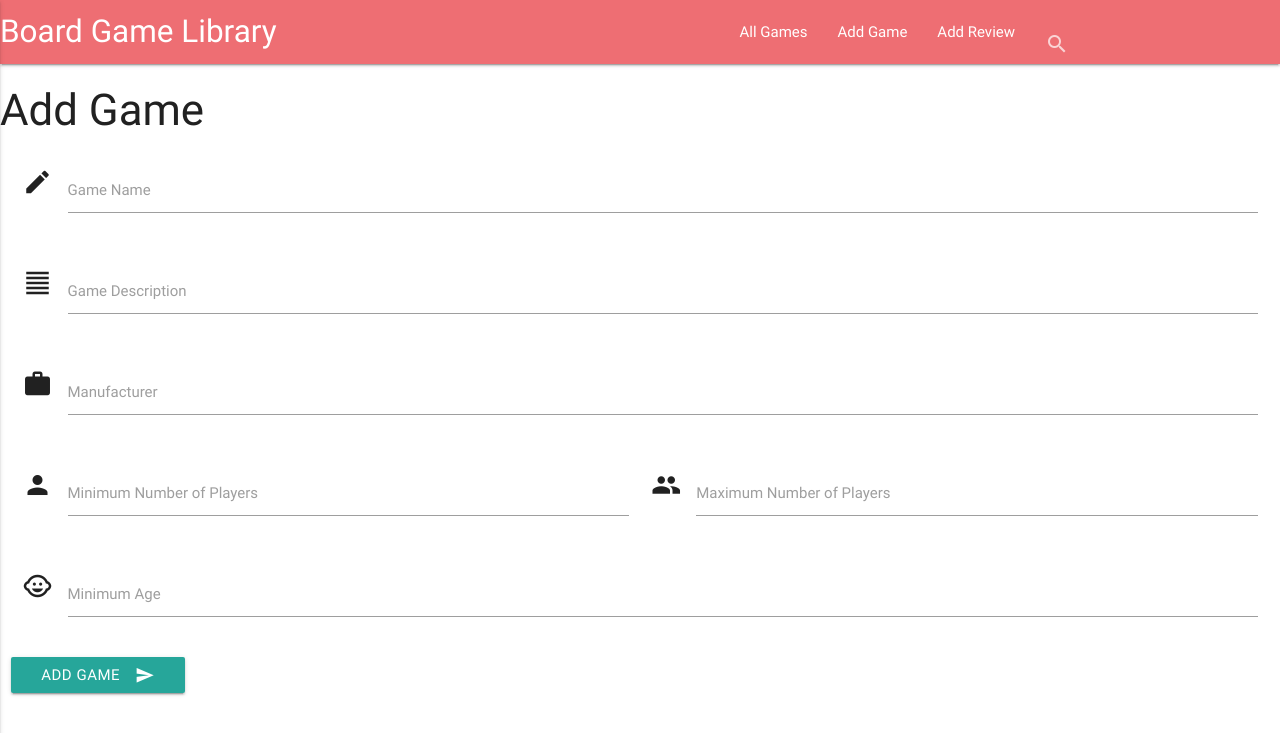
Repository: arcorco/dcd-milestone
Page: http://localhost/add_game
The author's editor kept a record of every edit. The page is drawn from the files as they stood at one moment, then again after the next edit.
The browser window is 1280 px wide. The pictures show the whole page.
Some web libraries are served in a nearby version. The page is served by the project's application, run on Flask 3 (app.py).

Above is the page before.
Console error: TypeError: Cannot set properties of null (setting 'onclick')

### templates/addgame.html
{% extends 'base.html'%} {% block content %}

<h3>Add Game</h3>
<div class="row">
  <form action="{{url_for('insert_game')}}" method="POST" class="col s12">
    <div class="row">
      <div class="input-field col s12">
        <i class="material-icons prefix">create</i>
        <input id="game_name" name="game_name" type="text" class="validate">
        <label for="game_name">Game Name</label>
      </div>
    </div>
    <div class="row">
      <div class="input-field col s12">
        <i class="material-icons prefix">format_align_justify</i>
        <input id="game_description" name="game_description" type="text" class="validate" data-length="120"/>
        <label for="game_description">Game Description</label>
      </div>
    </div>
    <div class="row">
      <div class="input-field col s12">
        <i class="material-icons prefix">work</i>
        <input id="manufacturer" name="manufacturer" type="text" class="validate">
        <label for="manufacturer">Manufacturer</label>
      </div>
    </div>
    <div class="row">
      <div class="input-field col s6">
        <i class="material-icons prefix">person</i>
        <input name="number_of_players_min" id="number_of_players_min" type="text" class="validate">
        <label for="number_of_players_min">Minimum Number of Players</label>
      </div>

      <div class="input-field col s6">
        <i class="material-icons prefix">group</i>
        <input id="number_of_players_max" name="number_of_players_max" type="text" class="validate">
        <label for="number_of_players_max">Maximum Number of Players</label>
      </div>
    </div>
    <div class="row">
      <div class="input-field col s12">
        <i class="material-icons prefix">child_care</i>
        <input id="age_range" name="age_range" type="text" class="validate">
        <label for="age_range">Minimum Age</label>
      </div>
    </div>
    <div class="row">
      <button class="btn waves-effect waves-light" type="submit">Add Game
    <i class="material-icons right">send</i>
  </button>
    </div>

  </form>
</div>

{% endblock %}

### templates/base.html
<!DOCTYPE html>
<html>

<head>
    <link href="https://fonts.googleapis.com/icon?family=Material+Icons" rel="stylesheet">
    <link rel="stylesheet" href="https://cdnjs.cloudflare.com/ajax/libs/materialize/0.100.2/css/materialize.min.css">
    <link rel="stylesheet" type="text/css" href="//cdn.jsdelivr.net/npm/slick-carousel@1.8.1/slick/slick.css" />
    <link rel="stylesheet" href="{{url_for('static', filename='css/style.css')}}" type="text/css" />
</head>

<body>
    <header>
        <nav>
            <div class="nav-wrapper">
                <a href="#" class="brand-logo">Board Game Library</a>
                <a href="#" data-activates="mobile-demo" class="button-collapse"><i class="material-icons">menu</i></a>
                <ul id="nav-mobile" class="right hide-on-med-and-down">
                    <li><a href="{{url_for('get_games')}}">All Games</a></li>
                    <li><a href="{{url_for('add_game')}}">Add Game</a></li>
                    <li><a href="{{url_for('add_review')}}">Add Review</a></li>
                    <li>
                        <form>
                            <div class="input-field">
                                <input id="search" type="search" required>
                                <label class="label-icon" for="search"><i class="material-icons">search</i></label>
                                <i class="material-icons">close</i>
                            </div>
                        </form>
                    </li>
                </ul>

                <ul class="side-nav" id="mobile-demo">
                    <li><a href="{{url_for('get_games')}}">All Games</a></li>
                    <li><a href="{{url_for('add_game')}}">Add Game</a></li>
                    <li><a href="{{url_for('add_review')}}">Add Review</a></li>
                </ul>
            </div>
        </nav>
    </header>
    {% block content %} {% endblock %}

    <script src="https://cdnjs.cloudflare.com/ajax/libs/jquery/3.2.1/jquery.min.js"></script>
    <script src="https://cdnjs.cloudflare.com/ajax/libs/materialize/0.100.2/js/materialize.min.js"></script>
    <script type="text/javascript" src="//cdn.jsdelivr.net/npm/slick-carousel@1.8.1/slick/slick.min.js"></script>
    <script type="text/javascript">
        $(document).ready(function() {
            $('.game-carousel').slick({});

            $('input#game_description').characterCounter();

            $('select').material_select();

            $('.button-collapse').sideNav();

            $('.materialboxed').materialbox();

            $('.tooltipped').tooltip();

            function rating_validation() {
                if (document.getElementById("rating").value == "") {
                    alert("Please select a rating out of 5");
                    return false;
                }
            }

            function game_name_validation() {
                if (document.getElementById("game_name").value == "") {
                    alert("Please select a game");
                    return false;
                }
            }

            document.getElementById("add-review").onclick = rating_validation;
            document.getElementById("add-review").onclick = game_name_validation;
            document.getElementById("edit-review").onclick = rating_validation;
            document.getElementById("edit-review").onclick = game_name_validation;

        });
    </script>
</body>

</html>

### app.py
import os
from flask import Flask, render_template, redirect, request, url_for
from flask_pymongo import PyMongo
from bson.objectid import ObjectId

app = Flask(__name__)

app.config["MONGO_DNAME"] = 'game_review'
app.config["MONGO_URI"] = 'mongodb+srv://first_user:WG9zKqgDwfDTHNa@myfirstcluster-74ub4.mongodb.net/game_review?retryWrites=true&w=majority'
#environment variable for username and password

mongo = PyMongo(app)

@app.route('/')

@app.route('/file/<filename>')
def file(filename):
    return mongo.send_file(filename)

@app.route('/get_games')
def get_games():
    return render_template('games.html', games=mongo.db.games.find())

@app.route('/add_game')
def add_game():
    return render_template('addgame.html')

@app.route('/insert_game', methods=['POST'])
def insert_game():
    if 'game_image' in request.files:
        game_image = request.files['game_image']
        mongo.save_file(game_image.filename, game_image)
    games = mongo.db.games
    new_game = request.form.to_dict()
    min_players = new_game.get("number_of_players_min")
    max_players = new_game.get("number_of_players_max")
    players = "%s-%s" % (min_players, max_players)
    new_game.update( {'number_of_players' : players} )
    new_game.update( {'game_image_name' : game_image.filename})
    games.insert_one(new_game)
    return redirect(url_for('get_games'))

@app.route('/edit_game/<game_id>')
def edit_game(game_id):
    the_game = mongo.db.games.find_one({"_id": ObjectId(game_id)})
    return render_template('editgame.html', game=the_game)

@app.route('/update_game/<game_id>', methods=["POST"])
def update_game(game_id):
    if 'game_image' in request.files:
        game_image = request.files['game_image']
        mongo.save_file(game_image.filename, game_image)
    games = mongo.db.games
    the_game = mongo.db.games.find_one({"_id": ObjectId(game_id)})
    game_image_name = the_game.get('game_image_name')
    if game_image_name == "":
        games.update( {'_id': ObjectId(game_id)},
        { '$set': {
            'game_name':request.form.get('game_name'),
            'game_description':request.form.get('game_description'),
            'manufacturer':request.form.get('manufacturer'),
            'number_of_players_min':request.form.get('number_of_players_min'),
            'number_of_players_max':request.form.get('number_of_players_max'),
            'number_of_players':"%s-%s" % (request.form.get('number_of_players_min'), request.form.get('number_of_players_max')),
            'age_range': request.form.get('age_range'),
            'game_image_name': game_image.filename
        }})
    else:
        games.update_one( {'_id': ObjectId(game_id)},
        { '$set': {
            'game_name':request.form.get('game_name'),
            'game_description':request.form.get('game_description'),
            'manufacturer':request.form.get('manufacturer'),
            'number_of_players_min':request.form.get('number_of_players_min'),
            'number_of_players_max':request.form.get('number_of_players_max'),
            'number_of_players':"%s-%s" % (request.form.get('number_of_players_min'), request.form.get('number_of_players_max')),
            'age_range': request.form.get('age_range')
        }})
    return redirect(url_for('get_games'))

@app.route('/delete_game/<game_id>')
def delete_game(game_id):
    mongo.db.games.remove({'_id': ObjectId(game_id)})
    return redirect(url_for('get_games'))

@app.route('/get_reviews')
def get_reviews():
    return render_template('reviews.html', reviews=mongo.db.reviews.find())

@app.route('/add_review')
def add_review():
    return render_template('addreview.html', games=mongo.db.games.find())

@app.route('/insert_review', methods=['POST'])
def insert_review():
    reviews = mongo.db.reviews
    new_review = request.form.to_dict()
    recommended = new_review.get("recommended")
    if recommended == "on":
        new_review.update( {'recommended' : 'Yes'} )
    else:
        new_review.update( {'recommended' : 'No' })
    reviews.insert_one(new_review)
    return redirect(url_for('get_reviews'))

@app.route('/edit_review/<review_id>')
def edit_review(review_id):
    the_review = mongo.db.reviews.find_one({"_id": ObjectId(review_id)})
    return render_template('editreview.html', review=the_review, games=mongo.db.games.find())

@app.route('/update_review/<review_id>', methods=["POST"])
def update_review(review_id):
    reviews = mongo.db.reviews
    updated_review = request.form.to_dict()
    recommended = updated_review.get("recommended")
    if recommended == "on":
        reviews.update({'_id':ObjectId(review_id)},
        {
            'game_name':request.form.get('game_name'),
            'review':request.form.get('review'),
            'rating':request.form.get('rating'),
            'recommended': "Yes"
        })
    else:
        reviews.update({'_id':ObjectId(review_id)},
        {
            'game_name':request.form.get('game_name'),
            'review':request.form.get('review'),
            'rating':request.form.get('rating'),
            'recommended': "No"
        })
    return redirect(url_for('get_reviews'))

@app.route('/delete_review/<review_id>')
def delete_review(review_id):
    mongo.db.reviews.remove({'_id': ObjectId(review_id)})
    return redirect(url_for('get_reviews'))

@app.route('/game_review/<game_name>')
def game_review(game_name):
    return render_template('gamereviews.html', reviews=mongo.db.reviews.find({"game_name": game_name}))

if __name__ == "__main__":
    app.run(host=os.environ.get('IP'),
            port=int(os.environ.get('PORT')),
            debug=True)

Loaded but not shown: static/css/style.css (common file)

After the next edit:
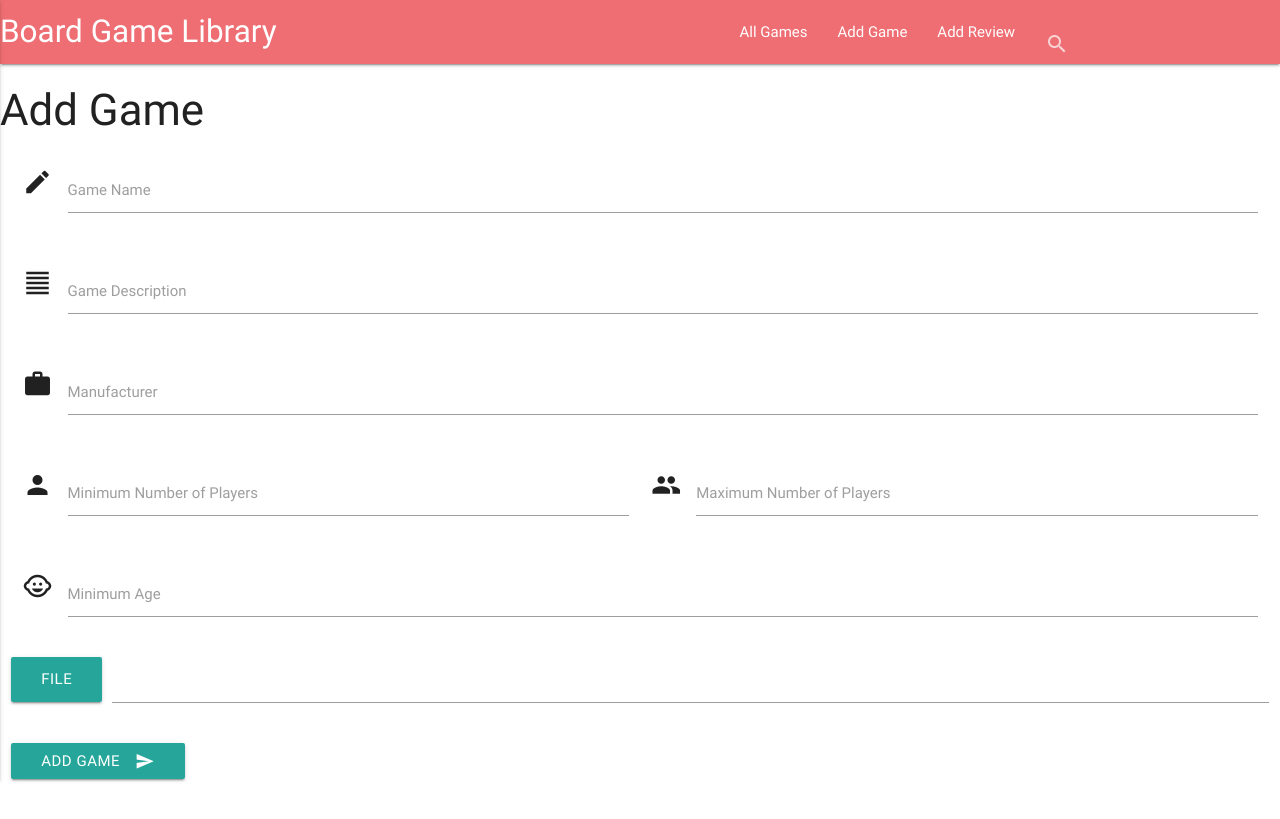
The edit:
--- a/templates/addgame.html
+++ b/templates/addgame.html
@@ -13,7 +13,7 @@
     <div class="row">
       <div class="input-field col s12">
         <i class="material-icons prefix">format_align_justify</i>
-        <input id="game_description" name="game_description" type="text" class="validate" data-length="120"/>
+        <input id="game_description" name="game_description" type="text" class="validate" data-length="120" />
         <label for="game_description">Game Description</label>
       </div>
     </div>
@@ -45,6 +45,17 @@
       </div>
     </div>
     <div class="row">
+      <div class="file-field input-field">
+        <div class="btn">
+          <span>File</span>
+          <input type="file">
+        </div>
+        <div class="file-path-wrapper">
+          <input class="file-path validate" type="text">
+        </div>
+      </div>
+    </div>
+    <div class="row">
       <button class="btn waves-effect waves-light" type="submit">Add Game
     <i class="material-icons right">send</i>
   </button>
